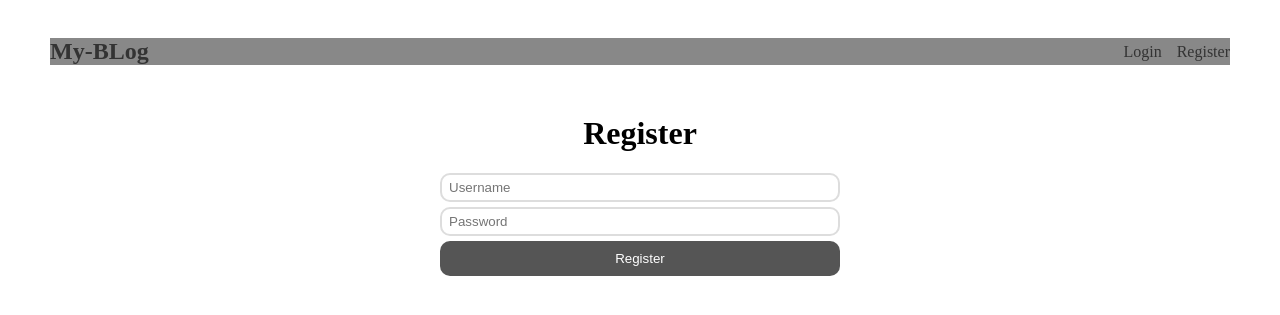
Repository: Attar786/mernblog
Page: /register (app in client/)
An editor plug-in stored every save of this project. The page is shown before and after the next save, followed by the edit.
The browser window is 1280 px wide. The pictures show the whole page.
The page's requests for data from a server got no answer. The project was rebuilt for these pictures with package versions that can differ from the ones it lists, and the page was loaded fresh each time. No one was signed in, and anything a server would have sent is missing. Also part of the build but not shown: client/vite.config.js, client/src/components/Post.jsx, client/src/pages/Indexpage.jsx, client/src/pages/LoginPage.jsx, client/src/index.css.

Above is the page before, as saved 2024-08-21 15:10:59.

After the next save:
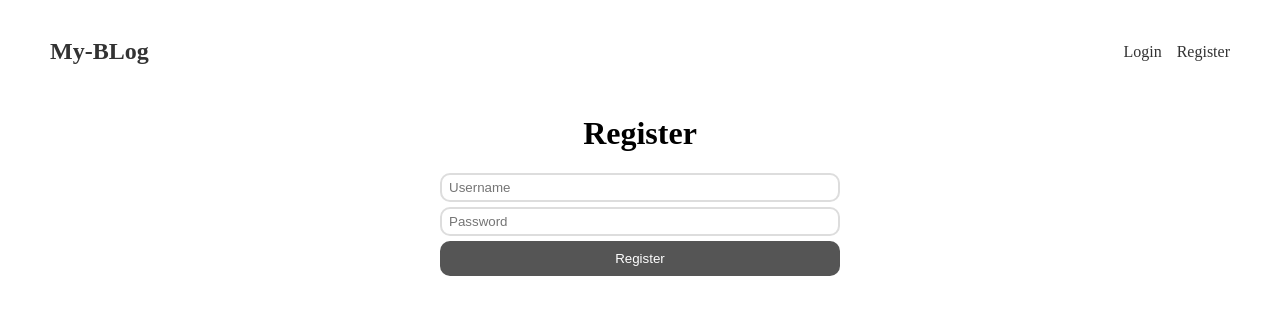
Saved 9 s later.
--- a/client/src/App.css
+++ b/client/src/App.css
@@ -13,7 +13,6 @@
 }
 header{
   display: flex;
-  background-color :#888;
   justify-content: space-between;
   margin-bottom: 50px;
   align-items: center;
